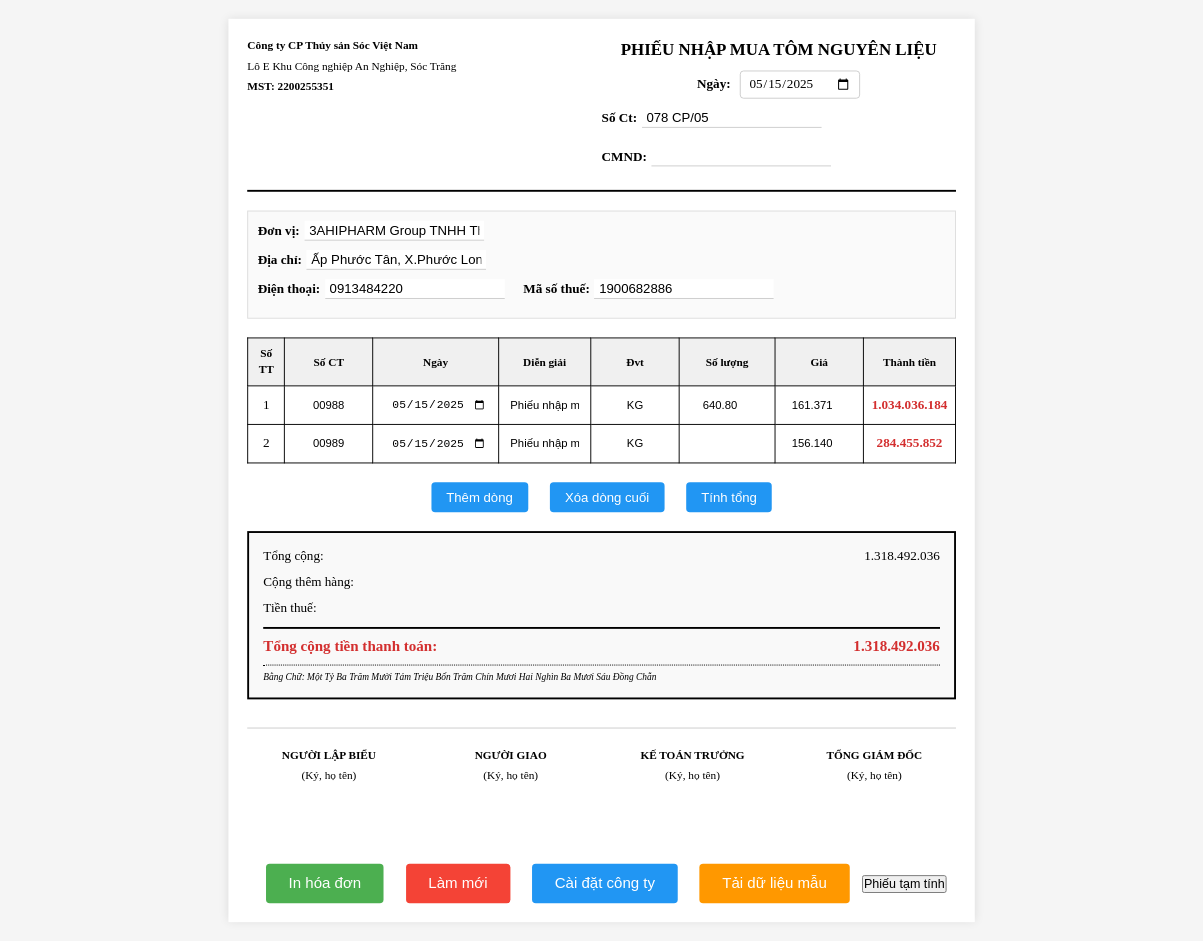
Repository: manhtuong0503/tom-nguyen-lieu
Page: index.html
These files come from the project's save history. The page is drawn as it stood at one moment and after the next save; the edit follows.
The browser window is 1280 px wide. The pictures show the whole page, at 94% of full size.

Above is the page before, as saved 2025-08-02 12:34:25.

### index.html
<!DOCTYPE html>
<html lang="vi">
<head>
    <meta charset="UTF-8">
    <meta name="viewport" content="width=device-width, initial-scale=1.0">
    <title>Phiếu Nhập Mua Tôm Nguyên Liệu</title>
    <link rel="stylesheet" href="style.css">
</head>
<body>
    <div class="container">
        <div class="header">
            <div class="company-info">
                <p><strong>Công ty CP Thủy sản Sóc Việt Nam</strong></p>
                <p>Lô E Khu Công nghiệp An Nghiệp, Sóc Trăng</p>
                <p><strong>MST: 2200255351</strong></p>
            </div>
            <div class="document-info">
                <h2>PHIẾU NHẬP MUA TÔM NGUYÊN LIỆU</h2>
                <div class="date-input-section">
                    <label>Ngày:
                        <input type="date" id="document-date" class="date-input">
                    </label>
                </div>
                <div class="form-row">
                    <label>Số Ct: <input type="text" id="soCt" value="078 CP/05"></label>
                    <label>CMND: <input type="text" id="cmnd"></label>
                </div>
            </div>
        </div>

        <div class="form-section">
            <div class="form-row">
                <label>Đơn vị: <input type="text" id="donVi" placeholder="Nhập đơn vị"></label>
            </div>
            <div class="form-row">
                <label>Địa chỉ: <input type="text" id="diaChi" placeholder="Nhập địa chỉ"></label>
            </div>
            <div class="form-row">
                <label>Điện thoại: <input type="text" id="dienThoai" placeholder="Nhập số điện thoại"></label>
                <label>Mã số thuế: <input type="text" id="maSoThue" placeholder="Nhập mã số thuế"></label>
            </div>
        </div>

        <table class="invoice-table">
            <thead>
                <tr>
                    <th>Số TT</th>
                    <th>Số CT</th>
                    <th>Ngày</th>
                    <th>Diễn giải</th>
                    <th>Đvt</th>
                    <th>Số lượng</th>
                    <th>Giá</th>
                    <th>Thành tiền</th>
                </tr>
            </thead>
            <tbody id="invoice-items">
                <tr>
                    <td>1</td>
                    <td><input type="text" class="item-input" name="soCt"></td>
                    <td><input type="date" class="item-input" name="ngay"></td>
                    <td><input type="text" class="item-input" name="dienGiai" placeholder="Phiếu nhập mua tôm nguyên liệu"></td>
                    <td><input type="text" class="item-input" name="dvt" placeholder="KG"></td>
                    <td><input type="number" class="item-input" name="soLuong" step="0.01" onchange="calculateRowTotal(this)"></td>
                    <td><input type="number" class="item-input" name="gia" step="0.01" onchange="calculateRowTotal(this)"></td>
                    <td class="thanh-tien">0</td>
                </tr>
            </tbody>
        </table>

        <div class="action-buttons">
            <button type="button" onclick="addRow()">Thêm dòng</button>
            <button type="button" onclick="removeRow()">Xóa dòng cuối</button>
            <button type="button" onclick="calculateTotal()">Tính tổng</button>
        </div>

        <div class="totals-section">
            <div class="totals-row">
                <span>Tổng cộng:</span>
                <span id="tong-cong">0</span>
            </div>
            <div class="totals-row">
                <span>Cộng thêm hàng:</span>
                <span id="cong-them-hang">0</span>
            </div>
            <div class="totals-row">
                <span>Tiền thuế:</span>
                <span id="tien-thue">0</span>
            </div>
            <div class="totals-row total-final">
                <span>Tổng cộng tiền thanh toán:</span>
                <span id="tong-thanh-toan">0</span>
            </div>
        </div>

        <div class="signatures">
            <div class="signature-section">
                <p><strong>NGƯỜI LẬP BIỂU</strong></p>
                <p>(Ký, họ tên)</p>
                <br><br><br>
            </div>
            <div class="signature-section">
                <p><strong>NGƯỜI GIAO</strong></p>
                <p>(Ký, họ tên)</p>
                <br><br><br>
            </div>
            <div class="signature-section">
                <p><strong>KẾ TOÁN TRƯỞNG</strong></p>
                <p>(Ký, họ tên)</p>
                <br><br><br>
            </div>
            <div class="signature-section">
                <p><strong>TỔNG GIÁM ĐỐC</strong></p>
                <p>(Ký, họ tên)</p>
                <br><br><br>
            </div>
        </div>

        <div class="print-buttons">
            <button type="button" onclick="printInvoice()" class="print-btn">In hóa đơn</button>
            <button type="button" onclick="clearForm()" class="clear-btn">Làm mới</button>
            <button type="button" onclick="showConfigModal()" class="config-btn">Cài đặt công ty</button>
            <button type="button" onclick="loadSampleData()" class="sample-btn">Tải dữ liệu mẫu</button>
            <button type="button" onclick="goToTamTinh()" class="nav-btn">Phiếu tạm tính</button>
        </div>
    </div>

    <!-- Modal cài đặt -->
    <div id="configModal" class="modal">
        <div class="modal-content">
            <div class="modal-header">
                <h3>Cài đặt thông tin công ty</h3>
                <span class="close" onclick="closeConfigModal()">&times;</span>
            </div>
            <div class="modal-body">
                <div class="config-section">
                    <h4>Thông tin công ty</h4>
                    <div class="config-row">
                        <label>Tên công ty:</label>
                        <input type="text" id="config-company-name" />
                    </div>
                    <div class="config-row">
                        <label>Địa chỉ:</label>
                        <input type="text" id="config-company-address" />
                    </div>
                    <div class="config-row">
                        <label>Mã số thuế:</label>
                        <input type="text" id="config-company-tax" />
                    </div>
                    <div class="config-row">
                        <label>Điện thoại:</label>
                        <input type="text" id="config-company-phone" />
                    </div>
                </div>

                <div class="config-section">
                    <h4>Cài đặt phiếu</h4>
                    <div class="config-row">
                        <label>Tiêu đề phiếu:</label>
                        <input type="text" id="config-doc-title" />
                    </div>
                    <div class="config-row">
                        <label>Số chứng từ mặc định:</label>
                        <input type="text" id="config-doc-code" />
                    </div>
                    <div class="config-row">
                        <label>Đơn vị tính mặc định:</label>
                        <input type="text" id="config-default-unit" />
                    </div>
                </div>

                <div class="config-section">
                    <h4>Thông tin khách hàng mặc định</h4>
                    <div class="config-row">
                        <label>Tên khách hàng:</label>
                        <input type="text" id="config-customer-name" />
                    </div>
                    <div class="config-row">
                        <label>Địa chỉ khách hàng:</label>
                        <input type="text" id="config-customer-address" />
                    </div>
                    <div class="config-row">
                        <label>Điện thoại khách hàng:</label>
                        <input type="text" id="config-customer-phone" />
                    </div>
                    <div class="config-row">
                        <label>Mã số thuế khách hàng:</label>
                        <input type="text" id="config-customer-tax" />
                    </div>
                </div>
            </div>
            <div class="modal-footer">
                <button type="button" onclick="saveConfig()" class="save-btn">Lưu cài đặt</button>
                <button type="button" onclick="resetConfig()" class="reset-btn">Khôi phục mặc định</button>
                <button type="button" onclick="closeConfigModal()" class="cancel-btn">Hủy</button>
            </div>
        </div>
    </div>

    <script src="script.js"></script>
</body>
</html>

### style.css
* {
    margin: 0;
    padding: 0;
    box-sizing: border-box;
}

body {
    font-family: 'Times New Roman', serif;
    font-size: 14px;
    line-height: 1.4;
    background-color: #f5f5f5;
    padding: 20px;
}

.container {
    max-width: 210mm;
    background: white;
    margin: 0 auto;
    padding: 20px;
    box-shadow: 0 0 10px rgba(0,0,0,0.1);
}

.header {
    display: flex;
    justify-content: space-between;
    margin-bottom: 20px;
    border-bottom: 2px solid #000;
    padding-bottom: 15px;
}

.company-info {
    flex: 1;
    font-size: 12px;
}

.company-info p {
    margin-bottom: 5px;
}

.document-info {
    flex: 1;
    text-align: center;
}

.document-info h2 {
    font-size: 18px;
    font-weight: bold;
    margin-bottom: 10px;
    text-transform: uppercase;
}

.date-input-section {
    margin-bottom: 10px;
}

.date-input-section label {
    display: flex;
    align-items: center;
    justify-content: center;
    gap: 10px;
    font-weight: bold;
    font-size: 14px;
}

.date-input {
    border: 1px solid #ccc;
    border-radius: 4px;
    padding: 5px 8px;
    font-size: 14px;
    font-family: inherit;
}

.date-input:focus {
    border-color: #2196F3;
    outline: none;
    box-shadow: 0 0 5px rgba(33, 150, 243, 0.3);
}

.form-row {
    display: flex;
    gap: 20px;
    margin-bottom: 10px;
    align-items: center;
    flex-wrap: wrap;
}

.form-row label {
    display: flex;
    align-items: center;
    gap: 5px;
    font-weight: bold;
}

.form-row input {
    border: none;
    border-bottom: 1px solid #ccc;
    padding: 2px 5px;
    font-size: 14px;
    min-width: 120px;
}

.form-section {
    margin-bottom: 20px;
    padding: 10px;
    background-color: #fafafa;
    border: 1px solid #ddd;
}

.invoice-table {
    width: 100%;
    border-collapse: collapse;
    margin-bottom: 20px;
}

.invoice-table th,
.invoice-table td {
    border: 1px solid #000;
    padding: 8px;
    text-align: center;
    vertical-align: middle;
}

.invoice-table th {
    background-color: #f0f0f0;
    font-weight: bold;
    font-size: 12px;
}

.invoice-table .item-input {
    border: none;
    background: transparent;
    width: 100%;
    text-align: center;
    padding: 4px;
    font-size: 12px;
}

.invoice-table .thanh-tien {
    font-weight: bold;
    color: #d32f2f;
}

.action-buttons {
    margin-bottom: 20px;
    text-align: center;
}

.action-buttons button {
    margin: 0 10px;
    padding: 8px 16px;
    background-color: #2196F3;
    color: white;
    border: none;
    border-radius: 4px;
    cursor: pointer;
    font-size: 14px;
}

.action-buttons button:hover {
    background-color: #1976D2;
}

.totals-section {
    margin-bottom: 30px;
    border: 2px solid #000;
    padding: 15px;
    background-color: #f9f9f9;
}

.totals-row {
    display: flex;
    justify-content: space-between;
    margin-bottom: 8px;
    font-size: 14px;
}

.totals-row.total-final {
    font-weight: bold;
    font-size: 16px;
    border-top: 2px solid #000;
    padding-top: 8px;
    margin-top: 10px;
    color: #d32f2f;
}

.signatures {
    display: grid;
    grid-template-columns: repeat(4, 1fr);
    gap: 20px;
    margin-bottom: 30px;
    border-top: 1px solid #ccc;
    padding-top: 20px;
}

.signature-section {
    text-align: center;
    font-size: 12px;
}

.signature-section p {
    margin-bottom: 5px;
}

.print-buttons {
    text-align: center;
    margin-top: 20px;
    page-break-inside: avoid;
}

.print-btn, .clear-btn {
    padding: 12px 24px;
    margin: 0 10px;
    font-size: 16px;
    border: none;
    border-radius: 4px;
    cursor: pointer;
}

.print-btn {
    background-color: #4CAF50;
    color: white;
}

.print-btn:hover {
    background-color: #45a049;
}

.clear-btn {
    background-color: #f44336;
    color: white;
}

.clear-btn:hover {
    background-color: #da190b;
}

.config-btn {
    padding: 12px 24px;
    margin: 0 10px;
    font-size: 16px;
    border: none;
    border-radius: 4px;
    cursor: pointer;
    background-color: #2196F3;
    color: white;
}

.config-btn:hover {
    background-color: #1976D2;
}

.sample-btn {
    padding: 12px 24px;
    margin: 0 10px;
    font-size: 16px;
    border: none;
    border-radius: 4px;
    cursor: pointer;
    background-color: #FF9800;
    color: white;
}

.sample-btn:hover {
    background-color: #F57C00;
}

/* Modal styles */
.modal {
    display: none;
    position: fixed;
    z-index: 1000;
    left: 0;
    top: 0;
    width: 100%;
    height: 100%;
    background-color: rgba(0,0,0,0.5);
}

.modal-content {
    background-color: white;
    margin: 5% auto;
    padding: 0;
    border-radius: 8px;
    width: 80%;
    max-width: 600px;
    box-shadow: 0 4px 20px rgba(0,0,0,0.3);
}

.modal-header {
    display: flex;
    justify-content: space-between;
    align-items: center;
    padding: 20px;
    border-bottom: 1px solid #ddd;
    background-color: #f8f9fa;
    border-radius: 8px 8px 0 0;
}

.modal-header h3 {
    margin: 0;
    color: #333;
}

.close {
    font-size: 28px;
    font-weight: bold;
    cursor: pointer;
    color: #aaa;
}

.close:hover {
    color: #000;
}

.modal-body {
    padding: 20px;
    max-height: 400px;
    overflow-y: auto;
}

.config-section {
    margin-bottom: 25px;
    padding-bottom: 15px;
    border-bottom: 1px solid #eee;
}

.config-section:last-child {
    border-bottom: none;
    margin-bottom: 0;
}

.config-section h4 {
    margin: 0 0 15px 0;
    color: #2196F3;
    font-size: 16px;
}

.config-row {
    display: flex;
    margin-bottom: 10px;
    align-items: center;
}

.config-row label {
    width: 200px;
    font-weight: bold;
    color: #555;
}

.config-row input {
    flex: 1;
    padding: 8px 12px;
    border: 1px solid #ddd;
    border-radius: 4px;
    font-size: 14px;
}

.config-row input:focus {
    border-color: #2196F3;
    outline: none;
    box-shadow: 0 0 5px rgba(33, 150, 243, 0.3);
}

.modal-footer {
    padding: 15px 20px;
    border-top: 1px solid #ddd;
    background-color: #f8f9fa;
    border-radius: 0 0 8px 8px;
    text-align: right;
}

.modal-footer button {
    padding: 10px 20px;
    margin-left: 10px;
    border: none;
    border-radius: 4px;
    cursor: pointer;
    font-size: 14px;
}

.save-btn {
    background-color: #4CAF50;
    color: white;
}

.save-btn:hover {
    background-color: #45a049;
}

.reset-btn {
    background-color: #FF9800;
    color: white;
}

.reset-btn:hover {
    background-color: #F57C00;
}

.cancel-btn {
    background-color: #757575;
    color: white;
}

.cancel-btn:hover {
    background-color: #616161;
}

/* Print styles */
@media print {
    @page {
        size: A4;
        margin: 15mm;
    }

    body {
        background: white;
        padding: 0;
        font-family: 'Times New Roman', serif;
        font-size: 11px;
        line-height: 1.2;
        color: black;
    }

    .container {
        box-shadow: none;
        max-width: none;
        padding: 0;
        margin: 0;
    }

    .print-buttons,
    .action-buttons,
    .modal {
        display: none !important;
    }

    .header {
        display: block;
        margin-bottom: 15px;
        border-bottom: 1px solid #000;
        padding-bottom: 10px;
    }

    .company-info {
        float: left;
        width: 45%;
        font-size: 10px;
        line-height: 1.3;
    }

    .document-info {
        float: right;
        width: 50%;
        text-align: center;
        font-size: 11px;
    }

    .document-info h2 {
        font-size: 14px;
        font-weight: bold;
        margin: 0 0 5px 0;
        text-transform: uppercase;
    }

    .date-input-section {
        margin-bottom: 5px;
        font-size: 11px;
    }

    .date-input-section label {
        font-weight: normal;
        font-style: italic;
    }

    .date-input {
        border: none;
        background: transparent;
        font-size: 11px;
        padding: 0;
        font-style: italic;
    }

    .form-row {
        display: block;
        margin-bottom: 3px;
        font-size: 10px;
    }

    .form-row label {
        display: inline-block;
        margin-right: 15px;
    }

    .form-row input {
        border: none;
        border-bottom: 1px solid #000;
        background: transparent;
        font-size: 10px;
        padding: 1px 3px;
        min-width: 80px;
    }

    .form-section {
        background-color: white;
        border: 1px solid #000;
        padding: 8px;
        margin-bottom: 10px;
        font-size: 10px;
        clear: both;
    }

    .form-section .form-row {
        margin-bottom: 4px;
    }

    .form-section .form-row label {
        font-weight: bold;
        display: inline-block;
        width: 80px;
    }

    .form-section .form-row input {
        width: 250px;
        border-bottom: 1px dotted #000;
    }

    .invoice-table {
        width: 100%;
        border-collapse: collapse;
        font-size: 10px;
        margin-bottom: 10px;
    }

    .invoice-table th,
    .invoice-table td {
        border: 1px solid #000;
        padding: 3px 2px;
        text-align: center;
        vertical-align: middle;
        line-height: 1.2;
    }

    .invoice-table th {
        background-color: #f0f0f0;
        font-weight: bold;
        font-size: 9px;
        height: 25px;
    }

    .invoice-table .item-input {
        border: none;
        background: transparent;
        width: 100%;
        text-align: center;
        padding: 1px;
        font-size: 9px;
    }

    .invoice-table .thanh-tien {
        font-weight: normal;
        color: black;
        text-align: right;
        padding-right: 5px;
    }

    /* Điều chỉnh độ rộng cột */
    .invoice-table th:nth-child(1),
    .invoice-table td:nth-child(1) { width: 8%; } /* Số TT */

    .invoice-table th:nth-child(2),
    .invoice-table td:nth-child(2) { width: 12%; } /* Số CT */

    .invoice-table th:nth-child(3),
    .invoice-table td:nth-child(3) { width: 12%; } /* Ngày */

    .invoice-table th:nth-child(4),
    .invoice-table td:nth-child(4) { width: 25%; text-align: left; padding-left: 5px; } /* Diễn giải */

    .invoice-table th:nth-child(5),
    .invoice-table td:nth-child(5) { width: 8%; } /* Đvt */

    .invoice-table th:nth-child(6),
    .invoice-table td:nth-child(6) { width: 12%; } /* Số lượng */

    .invoice-table th:nth-child(7),
    .invoice-table td:nth-child(7) { width: 12%; } /* Giá */

    .invoice-table th:nth-child(8),
    .invoice-table td:nth-child(8) { width: 15%; text-align: right; padding-right: 5px; } /* Thành tiền */

    .totals-section {
        background-color: white;
        border: 1px solid #000;
        padding: 8px;
        margin-bottom: 15px;
        font-size: 10px;
    }

    .totals-row {
        display: flex;
        justify-content: space-between;
        margin-bottom: 3px;
        padding: 2px 0;
    }

    .totals-row span:first-child {
        font-weight: bold;
    }

    .totals-row span:last-child {
        text-align: right;
        min-width: 100px;
        border-bottom: 1px dotted #000;
        font-weight: normal;
    }

    .totals-row.total-final {
        font-weight: bold;
        font-size: 11px;
        border-top: 1px solid #000;
        padding-top: 5px;
        margin-top: 8px;
    }

    .totals-row.total-final span {
        font-weight: bold;
    }

    .signatures {
        display: grid;
        grid-template-columns: repeat(4, 1fr);
        gap: 15px;
        margin-top: 20px;
        page-break-inside: avoid;
    }

    .signature-section {
        text-align: center;
        font-size: 9px;
        border: none;
    }

    .signature-section p {
        margin-bottom: 3px;
        font-weight: bold;
    }

    .signature-section p:last-child {
        font-weight: normal;
        font-style: italic;
    }

    /* Thêm ghi chú bằng chữ */
    .totals-section::after {
        content: "Bằng chữ: Một triệu ba trăm mười tám nghìn bốn trăm chín mươi hai đồng chẵn";
        display: block;
        margin-top: 8px;
        font-style: italic;
        font-size: 9px;
        border-top: 1px dotted #000;
        padding-top: 5px;
    }

    /* Đảm bảo không bị cắt trang */
    .header,
    .form-section,
    .totals-section,
    .signatures {
        page-break-inside: avoid;
    }

    /* Input values hiển thị đúng khi in */
    input {
        -webkit-print-color-adjust: exact;
        print-color-adjust: exact;
    }
}

/* Responsive design */
@media (max-width: 768px) {
    .container {
        padding: 10px;
    }

    .header {
        flex-direction: column;
        text-align: center;
    }

    .form-row {
        flex-direction: column;
        gap: 10px;
    }

    .signatures {
        grid-template-columns: repeat(2, 1fr);
        gap: 15px;
    }

    .invoice-table {
        font-size: 11px;
    }

    .invoice-table th,
    .invoice-table td {
        padding: 4px 2px;
    }
}

/* Animation for adding rows */
@keyframes fadeIn {
    from { opacity: 0; }
    to { opacity: 1; }
}

.invoice-table tbody tr {
    animation: fadeIn 0.3s ease-in;
}

Loaded but not shown: config.json (92 lines, source omitted); script.js (778 lines, source omitted)

After the next save:
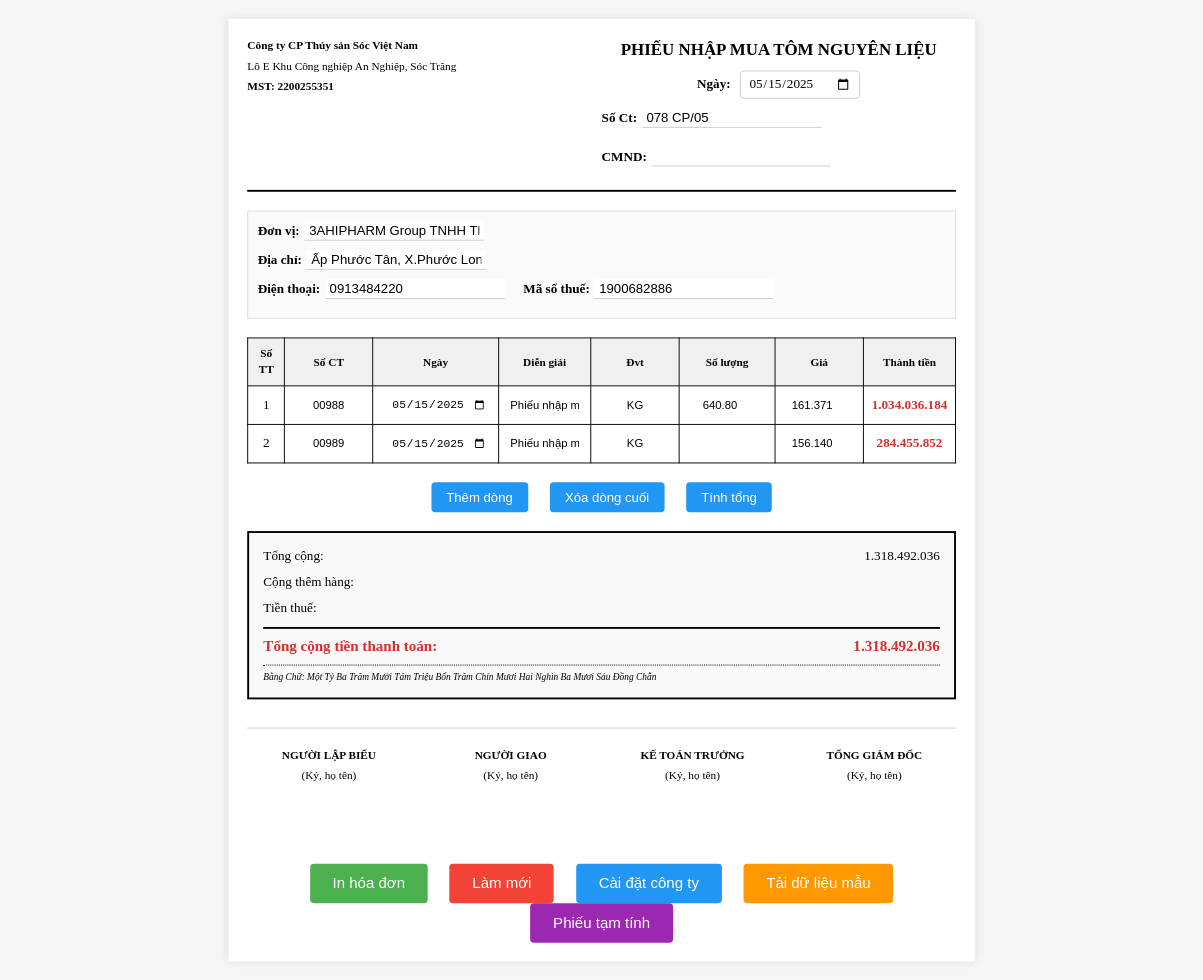
Saved 9 s later.
--- a/style.css
+++ b/style.css
@@ -262,6 +262,21 @@ body {
 
 .sample-btn:hover {
     background-color: #F57C00;
+}
+
+.nav-btn {
+    padding: 12px 24px;
+    margin: 0 10px;
+    font-size: 16px;
+    border: none;
+    border-radius: 4px;
+    cursor: pointer;
+    background-color: #9C27B0;
+    color: white;
+}
+
+.nav-btn:hover {
+    background-color: #7B1FA2;
 }
 
 /* Modal styles */
